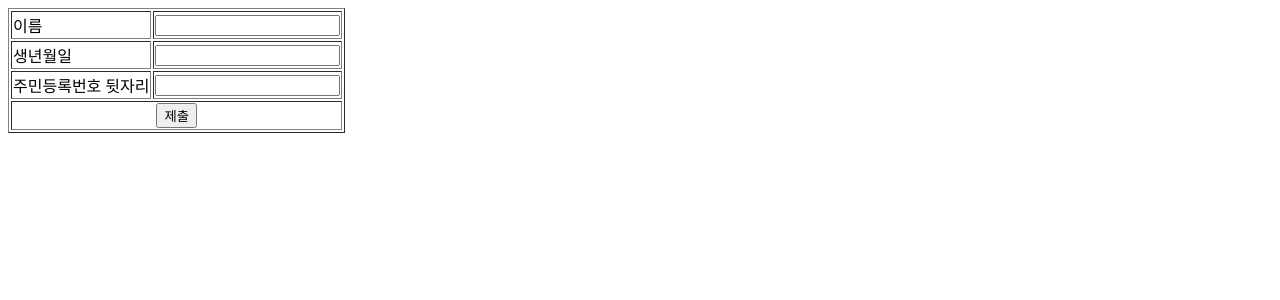
Repository: Jhoon0211/java_work
Page: http://localhost/jspProj/res_number/res_number.jsp
The author's editor kept a copy of each file at every save. The page is drawn from the files as they stood at one save, then again after the next save.
The browser window is 1280 px wide. The pictures show the whole page.
The page is served by Tomcat 9.

Above is the page before, as saved 2023-08-02 03:25:52.

After the next save:
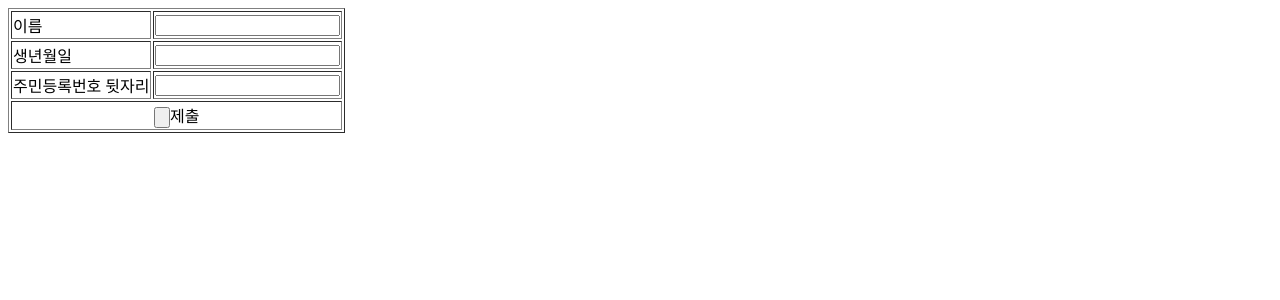
Saved 12 min 43 s later.
--- a/jspProj/src/main/webapp/res_number/res_number.jsp
+++ b/jspProj/src/main/webapp/res_number/res_number.jsp
@@ -23,7 +23,7 @@
 			</tr>
 			<tr>
 				<td colspan="2" align="center">
-					<button type="submit" value="">제출</button>
+					<input type="submit" value="">제출</button>
 				</td>
 			</tr>
 		</table>

After the 2 saves that followed:
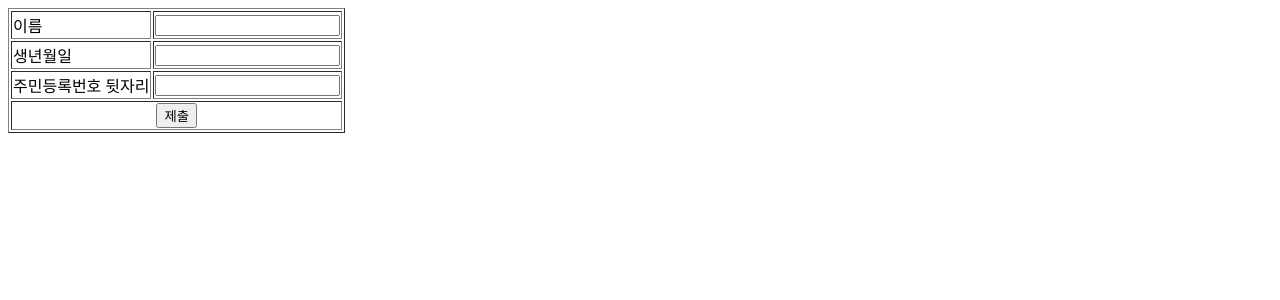
The 2 saves are shown as one change because they came seconds apart.
The last was saved 8 s later.
--- a/jspProj/src/main/webapp/res_number/res_number.jsp
+++ b/jspProj/src/main/webapp/res_number/res_number.jsp
@@ -23,7 +23,7 @@
 			</tr>
 			<tr>
 				<td colspan="2" align="center">
-					<input type="submit" value="">제출</button>
+					<input type="submit" value="제출"></input>
 				</td>
 			</tr>
 		</table>
